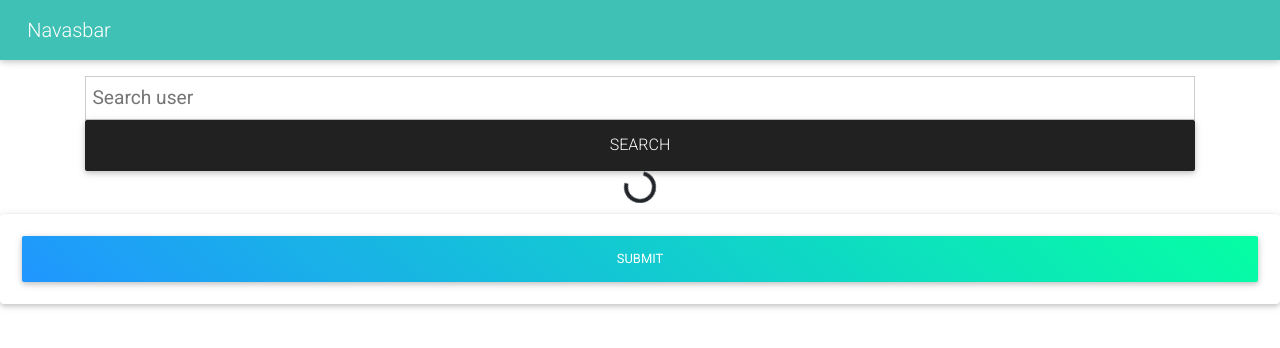
Repository: engida32/myapp
Page: /
The author's editor kept a copy of each file at every save. The page is drawn from the files as they stood at one save, then again after the next save.
The browser window is 1280 px wide. The pictures show the whole page.
Some web libraries are served in a nearby version. The project was rebuilt for these pictures with package versions that can differ from the ones it lists, and the page was loaded fresh each time. Also part of the build but not shown: src/component/users/UserItem.js.

Above is the page before, as saved 2019-12-05 22:33:05.

After the next save:
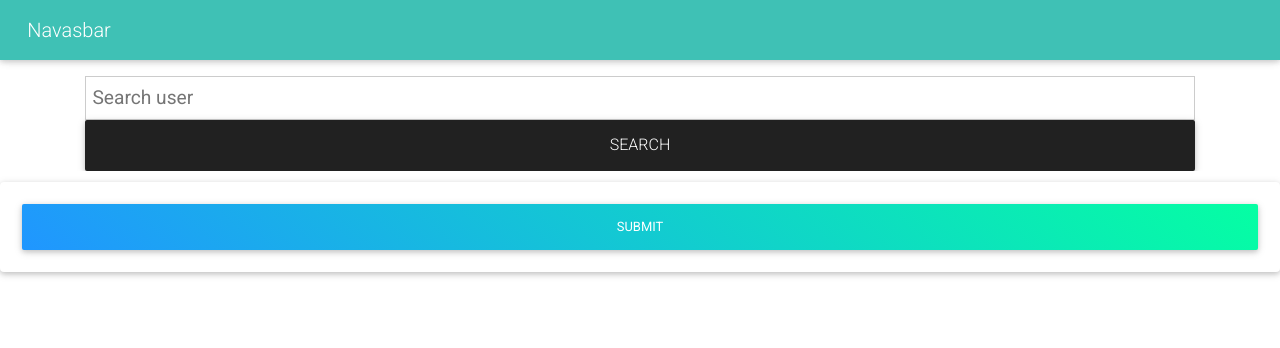
Saved 8 s later.
--- a/src/App.js
+++ b/src/App.js
@@ -14,7 +14,7 @@ class App extends React.Component {
   };
 
   async componentDidMount() {
-    this.setState({ loading: true });
+    //this.setState({ loading: true });
     // console.log(process.env.REACT_APP_GITHUB_CLIENT_SECRET)
 
   //   const res = await axios.get(`https://api.github.com/users?/client_id=${process.env.REACT_APP_GITHUB_CLIENT_ID}$client_secret=${process.env.REACT_APP_GITHUB_CLIENT_SECRET}`");
